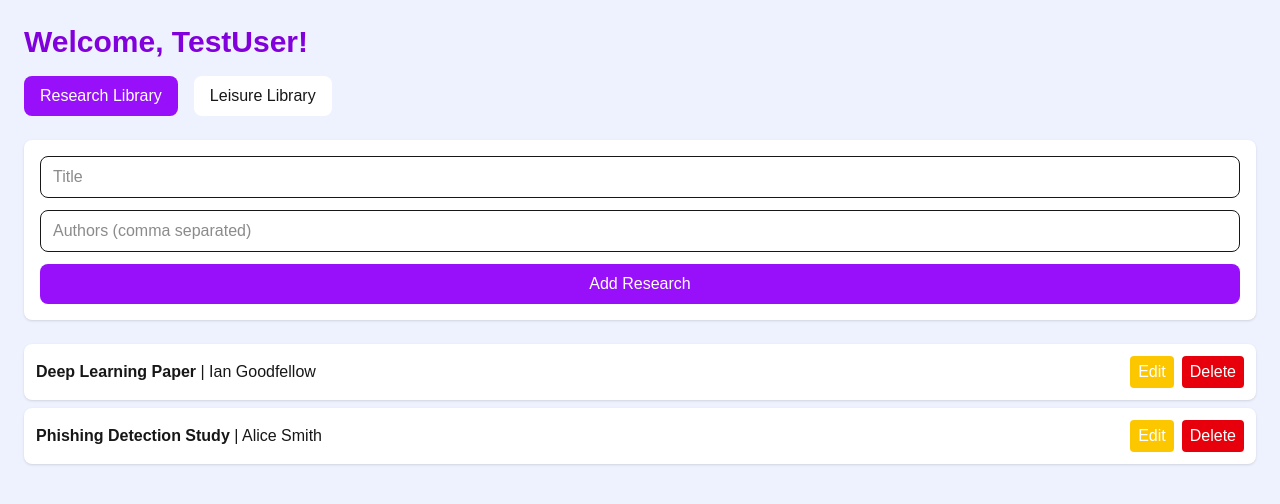
Repository: ramosfranz/bookie
Page: /dashboard
The author's editor kept a copy of each file at every save. The page is drawn from the files as they stood at one save, then again after the next save.
The browser window is 1280 px wide. The pictures show the whole page.
The project was rebuilt for these pictures with package versions that can differ from the ones it lists, and the page was loaded fresh each time. The framework's server and built-in components were replaced by stand-ins that run in the browser. Also part of the build but not shown: next.config.ts.

Above is the page before, as saved 2025-11-15 12:59:22.

After the next save:
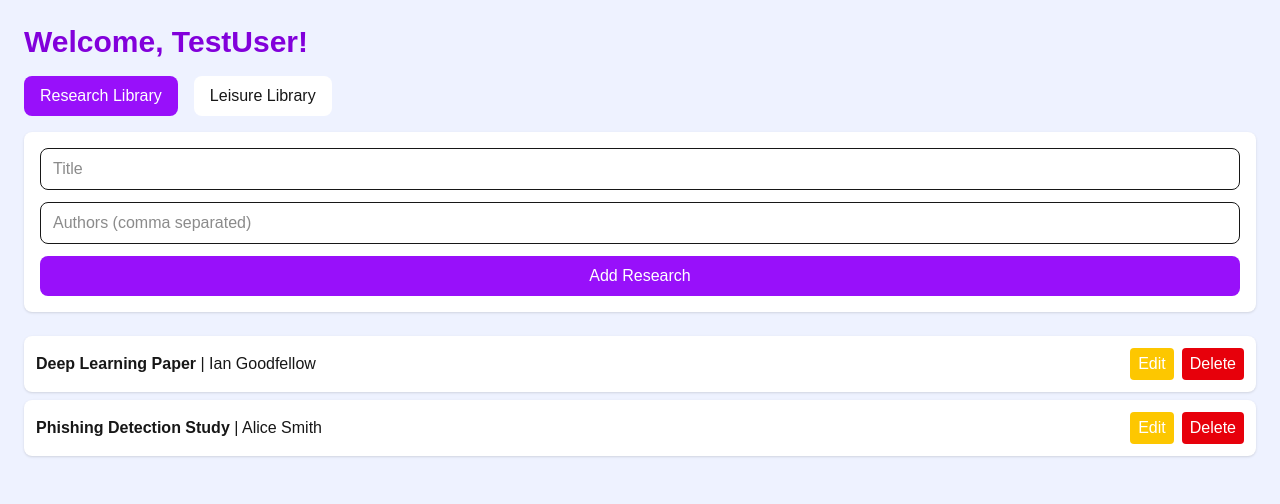
Saved 4 min 19 s later.
--- a/src/app/dashboard/page.tsx
+++ b/src/app/dashboard/page.tsx
@@ -12,7 +12,7 @@ const dummyUser = {
   preferences: {},
 };
 
-// Initial dummy libraries
+// Dummy libraries
 const initialResearchLibrary = [
   { id: "1", title: "Deep Learning Paper", authors: ["Ian Goodfellow"] },
   { id: "2", title: "Phishing Detection Study", authors: ["Alice Smith"] },
@@ -34,11 +34,14 @@ export default function Dashboard() {
   const [formAuthors, setFormAuthors] = useState("");
   const [editingId, setEditingId] = useState<string | null>(null);
 
+  // Grid/List toggle for Leisure Library
+  const [viewMode, setViewMode] = useState<"list" | "grid">("list");
+
   const currentLibrary = activeTab === "research" ? researchLibrary : leisureLibrary;
   const setCurrentLibrary =
     activeTab === "research" ? setResearchLibrary : setLeisureLibrary;
 
-  // Handle Add / Edit
+  // Add/Edit
   const handleSubmit = (e: React.FormEvent) => {
     e.preventDefault();
     if (!formTitle.trim()) return;
@@ -62,18 +65,17 @@ export default function Dashboard() {
       setCurrentLibrary((prev) => [...prev, newItem]);
     }
 
-    // Reset form
     setFormTitle("");
     setFormAuthors("");
     setEditingId(null);
   };
 
-  // Handle Delete
+  // Delete
   const handleDelete = (id: string) => {
     setCurrentLibrary((prev) => prev.filter((item) => item.id !== id));
   };
 
-  // Handle Edit
+  // Edit
   const handleEdit = (item: { id: string; title: string; authors: string[] }) => {
     setEditingId(item.id);
     setFormTitle(item.title);
@@ -87,7 +89,7 @@ export default function Dashboard() {
       </h1>
 
       {/* Tabs */}
-      <div className="flex gap-4 mb-6">
+      <div className="flex gap-4 mb-4">
         <button
           className={`px-4 py-2 rounded-lg ${
             activeTab === "research" ? "bg-purple-600 text-white" : "bg-white"
@@ -105,6 +107,28 @@ export default function Dashboard() {
           Leisure Library
         </button>
       </div>
+
+      {/* Leisure view toggle */}
+      {activeTab === "leisure" && (
+        <div className="flex gap-2 mb-4">
+          <button
+            onClick={() => setViewMode("list")}
+            className={`px-3 py-1 rounded ${
+              viewMode === "list" ? "bg-purple-600 text-white" : "bg-white"
+            }`}
+          >
+            List View
+          </button>
+          <button
+            onClick={() => setViewMode("grid")}
+            className={`px-3 py-1 rounded ${
+              viewMode === "grid" ? "bg-purple-600 text-white" : "bg-white"
+            }`}
+          >
+            Grid View
+          </button>
+        </div>
+      )}
 
       {/* Form */}
       <form
@@ -134,33 +158,68 @@ export default function Dashboard() {
         </button>
       </form>
 
-      {/* Library List */}
-      <ul className="space-y-2">
-        {currentLibrary.map((item) => (
-          <li
-            key={item.id}
-            className="p-3 bg-white rounded-lg shadow flex justify-between items-center"
-          >
-            <div>
-              <strong>{item.title}</strong> | {item.authors.join(", ")}
+      {/* Library List / Grid */}
+      {activeTab === "research" || viewMode === "list" ? (
+        <ul className="space-y-2">
+          {currentLibrary.map((item) => (
+            <li
+              key={item.id}
+              className="p-3 bg-white rounded-lg shadow flex justify-between items-center"
+            >
+              <div>
+                <strong>{item.title}</strong> | {item.authors.join(", ")}
+              </div>
+              <div className="flex gap-2">
+                <button
+                  onClick={() => handleEdit(item)}
+                  className="px-2 py-1 bg-yellow-400 text-white rounded hover:bg-yellow-500"
+                >
+                  Edit
+                </button>
+                <button
+                  onClick={() => handleDelete(item.id)}
+                  className="px-2 py-1 bg-red-600 text-white rounded hover:bg-red-700"
+                >
+                  Delete
+                </button>
+              </div>
+            </li>
+          ))}
+        </ul>
+      ) : (
+        // Grid View for Leisure
+        <div className="grid grid-cols-2 sm:grid-cols-3 md:grid-cols-4 gap-4">
+          {currentLibrary.map((item) => (
+            <div
+              key={item.id}
+              className="p-4 bg-white rounded-lg shadow flex flex-col items-center justify-center hover:shadow-md transition"
+            >
+              {/* Book Icon */}
+              <div className="w-12 h-16 bg-purple-200 rounded-md mb-2 flex items-center justify-center">
+                📚
+              </div>
+              <strong className="text-center">{item.title}</strong>
+              <p className="text-sm text-gray-600 text-center">
+                {item.authors.join(", ")}
+              </p>
+              <div className="flex gap-1 mt-2">
+                <button
+                  onClick={() => handleEdit(item)}
+                  className="px-2 py-1 bg-yellow-400 text-white rounded hover:bg-yellow-500 text-xs"
+                >
+                  Edit
+                </button>
+                <button
+                  onClick={() => handleDelete(item.id)}
+                  className="px-2 py-1 bg-red-600 text-white rounded hover:bg-red-700 text-xs"
+                >
+                  Delete
+                </button>
+              </div>
             </div>
-            <div className="flex gap-2">
-              <button
-                onClick={() => handleEdit(item)}
-                className="px-2 py-1 bg-yellow-400 text-white rounded hover:bg-yellow-500"
-              >
-                Edit
-              </button>
-              <button
-                onClick={() => handleDelete(item.id)}
-                className="px-2 py-1 bg-red-600 text-white rounded hover:bg-red-700"
-              >
-                Delete
-              </button>
-            </div>
-          </li>
-        ))}
-      </ul>
+          ))}
+        </div>
+      )}
     </div>
   );
 }
